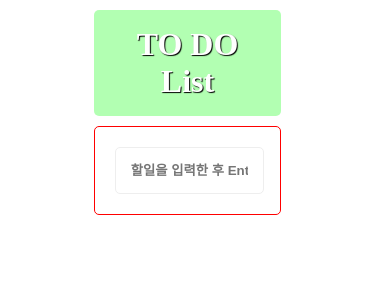
Repository: msk9308/Biz_2021_04_403_Server
Page: http://localhost/Server_014_TodoListV1/
An editor plug-in stored every save of this project. The page is shown before and after the next save, followed by the edit.
The browser window is 375 px wide. The pictures show the whole page.
The page is served by Tomcat 9. Other server files are loaded and not shown. Queries for data that is not in the repository find no rows.

Above is the page before, as saved 2021-05-27 07:06:01.

### Server_014_TodoListV1/src/main/webapp/WEB-INF/views/home.jsp
<%@ page language="java" contentType="text/html; charset=UTF-8"
	pageEncoding="UTF-8"%>
<%@ taglib uri="http://java.sun.com/jsp/jstl/core" prefix="c"%>
<c:set value="${pageContext.request.contextPath}" var="rootPath" />
<!DOCTYPE html>
<html>
<head>
<meta charset="UTF-8">
<title>MY TODO List</title>
<style>
/* style 지정을 위하여 전체 초기화 */
* {
	box-sizing: border-box;
	margin: 0;
	padding: 0;
}

h1, form.doit, table_tdlist {
	width: 50%;
	margin: 10px auto;
	border-radius: 5px;
}

h1 {
	background-color: rgba(0, 255, 0, 0.3);
	color: white;
	padding: 1rem;
	text-align: center;
	/* text에 그림자 지정 */
	text-shadow: 1px 1px 1px #000;
}

form.doit {
	border: 1px solid red;
	padding: 10px;
	text-align: center;

}

form.doit input {
	width: 90%;
	/*
		input box를 클릭하면
		진한 box가 생기는 것을 방지
		*/
	outline: 0;
	border: 1px solid #eee;
	border-radius: 5px;
	padding: 15px;
	margin: 10px;
	font-weight: bold;
}

form.doit input:hover {
	background-color: #eee;
}

table.td_list {
	border-collapse: collapse;

	/*
	table을 그릴 때 각 td와 td 간격에
	미세하게 여백이 있어서 가끔 선을 그리면
	선과 선사이에 틈새가 보인다
	이러한 틈새를 막기위해 설정하는 값
	*/
	border-spacing: 0;
}

table.td_list td {

	padding: 7px;
	border-top: 1px solid green;
	cursor: pointer;
}
/* table의 가장 마지막 tr(line)의 칼럼들에게만 적용 */
table.td_list tr:last-child td {
	border-bottom:1px solid green;
}

table.td_list td.sdate, table.td_list td.edate {
	font-size: 10px;
	text-align: center;
	width: 20%;
}

table.td_list td.doit {

	font-size: 30px;
	text-align: left;

	/*
	width : 무조건 폭을 지정
	max-width : 포함된 text(content) 길이에 따라
	길이에 조절을 최소 크기만 제한
	*/
	max-width:80%;
	/*
	td의 width보다 큰 text를 말줄임표로 표현하기
	td 3인데
	첫번째 , 세번째 td 20% 설정했기 때문에
	여기 td는 전체 table width의 60%가 될것이고
	이 상태에서 max-width를 0으로 지정하고
	ellipsis설정을 해주면 된다
	*/
	/*
	최대 width보다 text가 더 많더라도
	자동으로 줄바꿈 하지 않기
	*/
	max-width:0;
	overflow: hidden;
	text-overflow: ellipsis;
	white-space: nowrap;

}
table.td_list tr:hover {
	background-color: #eee;
}

.underline {
	text-decoration: 3px uderline red dashed;
}

.text-throth {
	text-decoration: 3px line-through red wavy;
}

</style>
<script>
// script가 어디에 위치하든 상관없이
// 이 후의 다른 Event가 정상적으로 설정 될 수 있도록 선언
// 화면에 DOM요소가 모두 완전하게 나타나면
// 내부의 코드를 실행하라
document.addEventListener("DOMContentLoaded",()=>{
	document.querySelector("table.td_list").addEventListener("dblclick",(ev)=>{
		// ()=>{  ) : 화살표 함수
		// function() {  }
		//table의 td항목이 클릭 되었을때만 반응하기위해
		let tagName = ev.target.tagName
		if(tagName == "TD"){
			// 방금 더블클릭된 TD를 감싸고 있는 TR의
			let seq = ev.target.closest("TR").dataset.seq;
			let edate = ev.target.closest("TR").dataset.edate;
			alert(seq + "\n" + edate)
			let msg = edate ? "TODO 완료를 취소합니다"
					: "TODO를 완료 처리 합니다"
			if(confirm(msg)) {
				location.href = "${rootPath}/sub/expire=?seq=" + seq

			}
		}
	})
})
</script>




</head>
<body>
	<h1>TO DO List</h1>

	<%--
		form tag의 action 속성
		form tag의 action 속성은 form에 담긴 데이터를
		submit할때(서버로 전송할때)
		어떤 uri path를 통해서 서버에 보낼것인가를
		지정하는 것

		만약 이 action 속성을 지정하지 않으면
		현재 파일(home.jsp)을 보여줄때 사용한
		uri 주소가 자동으로 설정이 된다

		${rootPath}/ 처럼 주소를 지정하는 것
		form, a tag등에 URL, URI를 지정할때

		주소의 지정방식에 따라 상대주소,
		절대주소 방법이 있는데
		지정하는 방법에 따라 연결이 잘 안되는 경우가 많다

		우리 프로젝트는 모두 절대주소 지정방식으로 통일하고
		항상 주소(URI, URL)과 관련된 모든 항목은
		${rootPath} 시작하는 주소로 사용한다
		rootPath = http://localhost:8080/todo
		 --%>
	<form class="doit" method="POST" action="${rootPath}/sub/insert">
		<input name="td_doit" placeholder="할일을 입력한 후 Enter">
	</form>
	<table class="td_list" >
		<c:forEach items="${TDLIST}" var="TD">
			<tr data-seq="${TD.td_seq}" data-edate="${TD.td_edate}">
				<td class="sdate ${empty TD.td_edate ? '' : 'uderline' }">${TD.td_sdate}<br />${TD.td_stime}</td>
				<td class="doit ${empty TD.td_edate ? '' : 'text-throth' }" >${TD.td_doit}</td>
				<td class="edate">${TD.td_edate}<br />${TD.td_etime}</td>
			</tr>
		</c:forEach>
	</table>

</body>
</html>

### Server_014_TodoListV1/src/main/java/com/callor/todo/controller/HomeController.java
package com.callor.todo.controller;

import java.io.IOException;
import java.util.List;
import java.util.Map;

import javax.servlet.ServletException;
import javax.servlet.annotation.WebServlet;
import javax.servlet.http.HttpServlet;
import javax.servlet.http.HttpServletRequest;
import javax.servlet.http.HttpServletResponse;

import com.callor.todo.command.ReqController;
import com.callor.todo.service.TodoService;
import com.callor.todo.service.impl.TodoServiceImplV1;

@WebServlet("/")
public class HomeController extends HttpServlet{

	protected TodoService tdService;
	public HomeController() {
		tdService = new TodoServiceImplV1();
	}

	@Override
	protected void doGet(HttpServletRequest req, HttpServletResponse resp) throws ServletException, IOException {

		List<Map<String,Object>> tdList = tdService.selectAll();
		req.setAttribute("TDLIST", tdList);
		System.out.println(tdList.toString());
		/*
		 * 먼저 사용할 코드를 작성하고
		 * 나중에 사용될 클래스 등의 코드를 작성
		 * 테스트 주도형 기법중의 일부
		 */
		ReqController.forward(req,resp,"home");

	}


}

### Server_014_TodoListV1/src/main/java/com/callor/todo/service/impl/TodoServiceImplV1.java
package com.callor.todo.service.impl;

import java.sql.Connection;
import java.sql.PreparedStatement;
import java.sql.ResultSet;
import java.sql.ResultSetMetaData;
import java.sql.SQLException;
import java.text.SimpleDateFormat;
import java.util.ArrayList;
import java.util.Date;
import java.util.HashMap;
import java.util.List;
import java.util.Map;

import com.callor.todo.config.DBContract;
import com.callor.todo.config.DBInfo;
import com.callor.todo.service.TodoService;

public class TodoServiceImplV1 implements TodoService {

	protected Connection dbConn;

	public TodoServiceImplV1() {
		dbConn = DBContract.getDbConn();
	}
	/*
	 * 메타 데이터
	 *
	 * 갹채,Entity,Relation
	 * Database를 만들고 Table을 생성한 후
	 * Insert를 수행하면 실제상황의 데이터가 Table에 저장된다
	 * INSERT를 수행한 후 SELECT를 수행하여 조회를 할 수 있는 데이터들
	 *
	 * 메타데이터(meta data)
	 * 생성한 Database, table, sequence, view ...이
	 * 어떤 궂조로 만들어져 있는가 등의 정보를
	 * 메타데이터라고 한다.
	 * 예)myDB라는 database에 몇개의 table이 있는가 등의
	 * 		정보를 알고 싶다면 myDB 메타데이터를 참조하면 된다.
	 */
	protected List<Map<String,Object>> select(ResultSet rSet) throws SQLException{
		//Resultset으로 메타데이터를 추출
		//조회를 수행한 결과로 전달받은 Table(tbl_todolist)에
		//몇개의 칼럼이 있는지 확인
		ResultSetMetaData md = rSet.getMetaData();
		int columns = md.getColumnCount();

		List<Map<String,Object>> tdList = new ArrayList<Map<String,Object>>();
		//rSet(select된 데이터)를 한라인씩 추출하고

		while(rSet.next()) {
			Map<String,Object> tdVO = new HashMap<String, Object>();
			// 각데이터의 칼럼을 index를 기준으로
			// 값을 추출해보기
			for(int i = 0; i < columns; i++) {
				//메타 데이터의 index위치 칼럼 이름 가져오기
				String colName = md.getColumnName(i+1);
				//ResultSet의 index 위치 실제 데이터 가져오기
				Object objData = rSet.getObject(i+1);


				tdVO.put(colName, objData);

			}
			tdList.add(tdVO);
		}

		return tdList;
	}
	@Override
	public List<Map<String, Object>> selectAll() {
		// TODO Auto-generated method stub
		String sql = " SELECT * FROM tbl_todolist ";
		sql += " ORDER BY td_edate, td_sdate, td_stime ";

		PreparedStatement pStr = null;
		try {
			pStr = dbConn.prepareStatement(sql);
			ResultSet rSet = pStr.executeQuery();

			List<Map<String,Object>> tdList = this.select(rSet);

			rSet.close();
			pStr.close();
			return tdList;

//			ResultSetMetaData md = rSet.getMetaData();
//			int count = md.getColumnCount();
//
//			System.out.println("=".repeat(50));
//			for(int i = 0; i <count; i++) {
//				System.out.println(md.getColumnName(i+1));
//			}
//
//			while(rSet.next()) {
////				System.out.println(rSet.getString("td_sdate") + "\t");
////				System.out.println(rSet.getString("td_stime") + "\t");
////				System.out.println(rSet.getString("td_doit") + "\n");
//				for(int i = 0; i < count; i++) {
//					System.out.println(rSet.getString(i+1) + "\t");
//				}
//				System.out.println();
//			}
		} catch (SQLException e) {
			// TODO Auto-generated catch block
			e.printStackTrace();
		}
		return null;
	}

	@Override
	public Map<String, Object> findById(Long td_seq) {
		// TODO Auto-generated method stub
		String sql = " SELECT * FROM tbl_todolist ";
				sql += " WHERE td_seq = ? ";

				PreparedStatement pStr = null;

				try {
					pStr = dbConn.prepareStatement(sql);
					pStr.setLong(1, td_seq);
					ResultSet rSet = pStr.executeQuery();
					List<Map<String,Object>> tdList
						= this.select(rSet);
					if(tdList != null && tdList.size() > 0) {
						return tdList.get(0);
					}
				} catch (SQLException e) {
					// TODO Auto-generated catch block
					e.printStackTrace();
				}
				return null;


	}

	@Override
	public List<Map<String, Object>> findBySDate(String td_sdate) {
		// TODO Auto-generated method stub
		return null;
	}

	@Override
	public List<Map<String, Object>> findByDoit(String td_doit) {
		// TODO Auto-generated method stub
		return null;
	}

	@Override
	public Integer insert(Map<String, Object> tdVO) {
		Date date = new Date(System.currentTimeMillis());
		SimpleDateFormat sd = new SimpleDateFormat("yyyy-MM-dd");
		SimpleDateFormat st = new SimpleDateFormat("HH:mm:ss");
		String curDate = sd.format(date);
		String curTime = st.format(date);

		//tdVO에 2개의 칼럼을 생성하고
		//데이터 추가
		tdVO.put(DBInfo.td_sdate, curDate);
		tdVO.put(DBInfo.td_stime, curTime);

		String sql = " INSERT INTO tbl_todolist ( ";
		sql += " td_sdate,";
		sql += " td_stime,";
		sql += " td_doit) ";
		sql += " VALUES( ?,?,? ) ";

		PreparedStatement pStr = null;
		try {
			pStr = dbConn.prepareStatement(sql);
			pStr.setObject(1,tdVO.get(DBInfo.td_sdate));
			pStr.setObject(2,tdVO.get(DBInfo.td_stime));
			pStr.setObject(3,tdVO.get(DBInfo.td_doit));

			Integer ret = pStr.executeUpdate();
			pStr.close();
			return ret;
		} catch (SQLException e) {
			// TODO Auto-generated catch block
			e.printStackTrace();
		}



		return null;
	}

	@Override
	public Integer update(Map<String, Object> tdVO) {
		// TODO Auto-generated method stub
		String sql = " UPDATE tbl_todolist SET ";
		sql += " td_sdate= ?, " ;
		sql += " td_stime= ?, " ;
		sql += " td_doit= ?, " ;
		sql += " td_edate= ?, " ;
		sql += " td_etime= ? " ;
		sql += " WHERE td_seq = ? " ;

		PreparedStatement pStr = null;

		try {
			pStr = dbConn.prepareStatement(sql);
			pStr.setObject(1, tdVO.get(DBInfo.td_sdate));
			pStr.setObject(2, tdVO.get(DBInfo.td_stime));
			pStr.setObject(3, tdVO.get(DBInfo.td_doit));
			pStr.setObject(3, tdVO.get(DBInfo.td_edate));
			pStr.setObject(4, tdVO.get(DBInfo.td_etime));
			pStr.setObject(6, tdVO.get(DBInfo.td_seq));

			Integer ret = pStr.executeUpdate();
			pStr.close();
			return ret;
		} catch (SQLException e) {
			// TODO Auto-generated catch block
			e.printStackTrace();
		}

		return null;
	}

	@Override
	public Integer delete(Long td_seq) {
		// TODO Auto-generated method stub
		return null;
	}

}

### Server_014_TodoListV1/src/main/java/com/callor/todo/config/DBContract.java
package com.callor.todo.config;

import java.sql.Connection;
import java.sql.DriverManager;
import java.sql.SQLException;

public class DBContract {

	private static Connection dbConn;
	static {
		String jdbcDriver = "com.mysql.cj.jdbc.Driver";
		String url = "jdbc:mysql://localhost:3306/mydb";
		String user = "gbUser";
		String pass = "12345";

		try {
			Class.forName(jdbcDriver);
			if (dbConn == null) {
				dbConn = DriverManager.getConnection(url, user, pass);
			}
			System.out.println("MySQL 연결 OK!!!");
		} catch (ClassNotFoundException e) {
			// TODO Auto-generated catch block
			e.printStackTrace();
		} catch (SQLException e) {
			// TODO Auto-generated catch block
			e.printStackTrace();
		}
	}

	public static Connection getDbConn() {
		return dbConn;
	}

}

### Server_014_TodoListV1/src/main/java/com/callor/todo/command/ReqController.java
package com.callor.todo.command;

import java.io.IOException;

import javax.servlet.ServletException;
import javax.servlet.http.HttpServletRequest;
import javax.servlet.http.HttpServletResponse;

public class ReqController {

	private static final String prefix = "/WEB-INF/views/";
	private static final String surfix = ".jsp";

	/*
	 * Controller에서 전달받은 jsp 파일을
	 * forwarding 하기위한 command method
	 */

	public static void forward(HttpServletRequest req, HttpServletResponse resp, String file) throws ServletException, IOException {
		// "/WEB-INF/views/" + file " .jsp"
		String path = String.format("%s%s%s", prefix,file,surfix);
		req.getRequestDispatcher(path).forward(req, resp);

	}

}

After the next save:
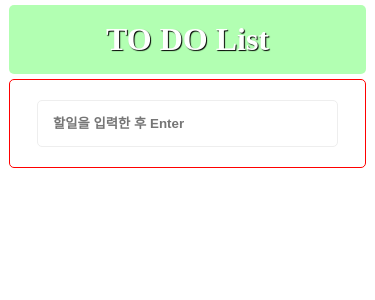
Saved 3 min 53 s later.
--- a/Server_014_TodoListV1/src/main/webapp/WEB-INF/views/home.jsp
+++ b/Server_014_TodoListV1/src/main/webapp/WEB-INF/views/home.jsp
@@ -118,11 +118,19 @@
 }
 
 .underline {
-	text-decoration: 3px uderline red dashed;
+	text-decoration: 3px uderline red y;
 }
 
 .text-throth {
 	text-decoration: 3px line-through red wavy;
+}
+
+@media screen and (max-width:400px) {
+	h1, form.doit, table_tdlist {
+		width: 	95%;
+		margin: 5px auto;
+
+	}
 }
 
 </style>
